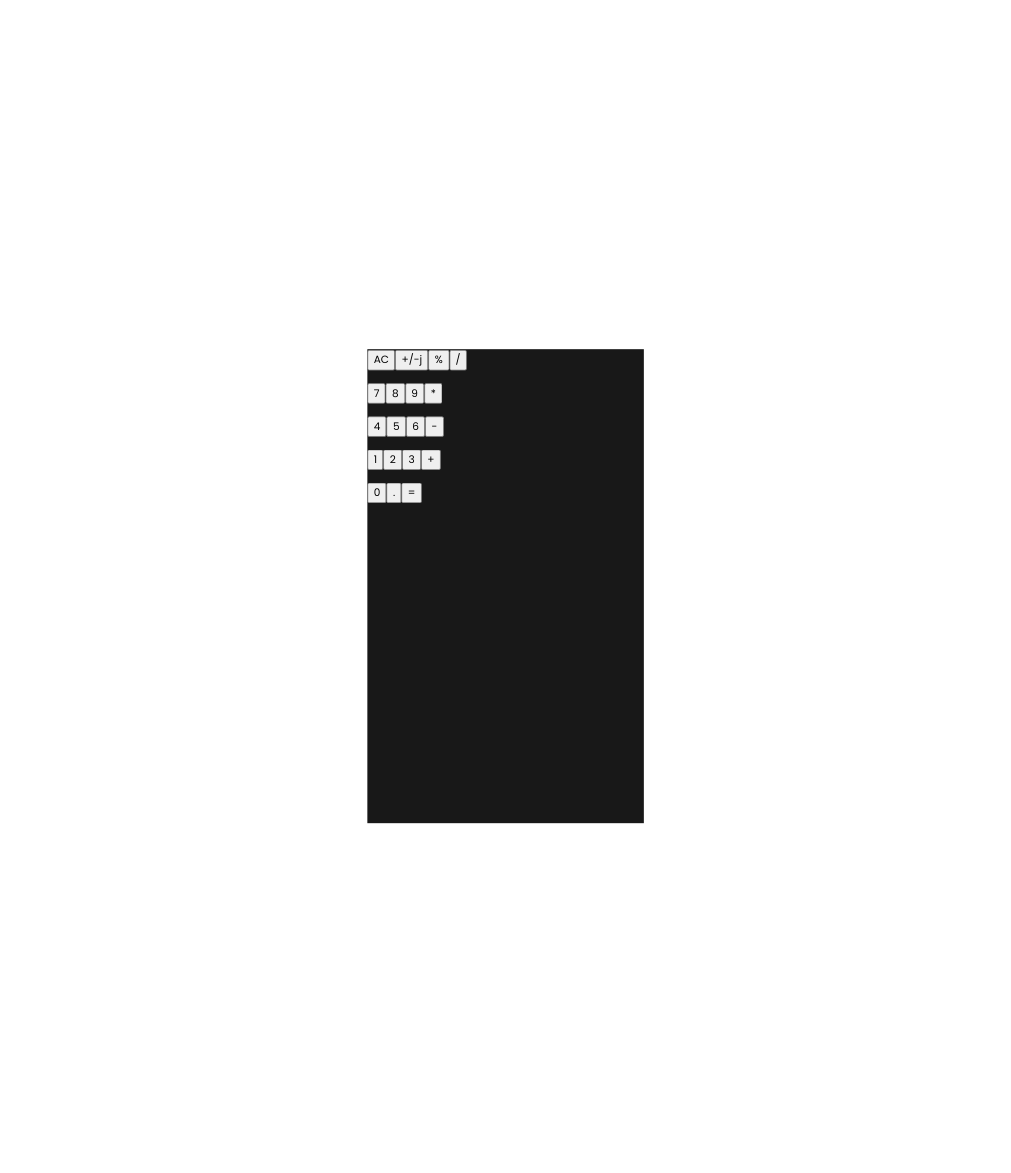
Repository: minhtien9/Calculator
Page: /
An editor plug-in stored every save of this project. The page is shown before and after a run of saves, followed by the edit.
The browser window is 1280 px wide. The pictures show the whole page, at 79% of full size.
The project was rebuilt for these pictures with package versions that can differ from the ones it lists, and the page was loaded fresh each time. Also part of the build but not shown: src/App.css.

Above is the page before, as saved 2022-07-21 18:28:54.

### src/index.js
import React from "react";
import ReactDOM from "react-dom/client";
import App from "./App";

const root = ReactDOM.createRoot(document.getElementById("root"));
root.render(
    <React.StrictMode>
        <App />
    </React.StrictMode>
);

// If you want to start measuring performance in your app, pass a function
// to log results (for example: reportWebVitals(console.log))
// or send to an analytics endpoint. Learn more: https://bit.ly/CRA-vitals

### src/App.js
import "./App.css";
import Caculator from "./Components/Caculator";

function App() {
    return (
        <div className='App'>
            <Caculator />
        </div>
    );
}

export default App;

### src/Components/Caculator.jsx
import React from "react";
import "./Caculator.scss";

const Caculator = () => {
    return (
        <div className='caculator'>
            <section className='keyboard'>
                <div className='keyboard-row'>
                    <button className='one-block'>AC</button>
                    <button className='one-block'> +/-j </button>
                    <button className='one-block'> % </button>
                    <button className='one-block'>/</button>
                </div>

                <div className='keyboard-row'>
                    <button className='one-block'>7</button>
                    <button className='one-block'>8</button>
                    <button className='one-block'>9</button>
                    <button className='one-block'>*</button>
                </div>

                <div className='keyboard-row'>
                    <button className='one-block'>4</button>
                    <button className='one-block'>5</button>
                    <button className='one-block'>6</button>
                    <button className='one-block'>-</button>
                </div>

                <div className='keyboard-row'>
                    <button className='one-block'>1</button>
                    <button className='one-block'>2</button>
                    <button className='one-block'>3</button>
                    <button className='one-block'>+</button>
                </div>

                <div className='keyboard-row'>
                    <button className='one-block'>0</button>
                    <button className='one-block'> .</button>
                    <button className='one-block'> =</button>
                </div>
            </section>
        </div>
    );
};

export default Caculator;

### src/Components/Caculator.scss
@import url("https://fonts.googleapis.com/css2?family=Poppins:ital,wght@0,100;0,200;0,300;0,400;0,500;0,600;0,700;0,800;0,900;1,100;1,200;1,300;1,400;1,500;1,600;1,700;1,800;1,900&display=swap");

* {
    font-family: "Poppins";
}

.caculator {
    width: 350px;
    height: 600px;
    margin: 35% auto;
    background-color: rgb(24, 24, 24);
}

.keyboard {
    display: flex;
    flex-direction: column;
    gap: 15px;
}

Loaded but not shown: public/index.html (common file)

After the next 2 saves:
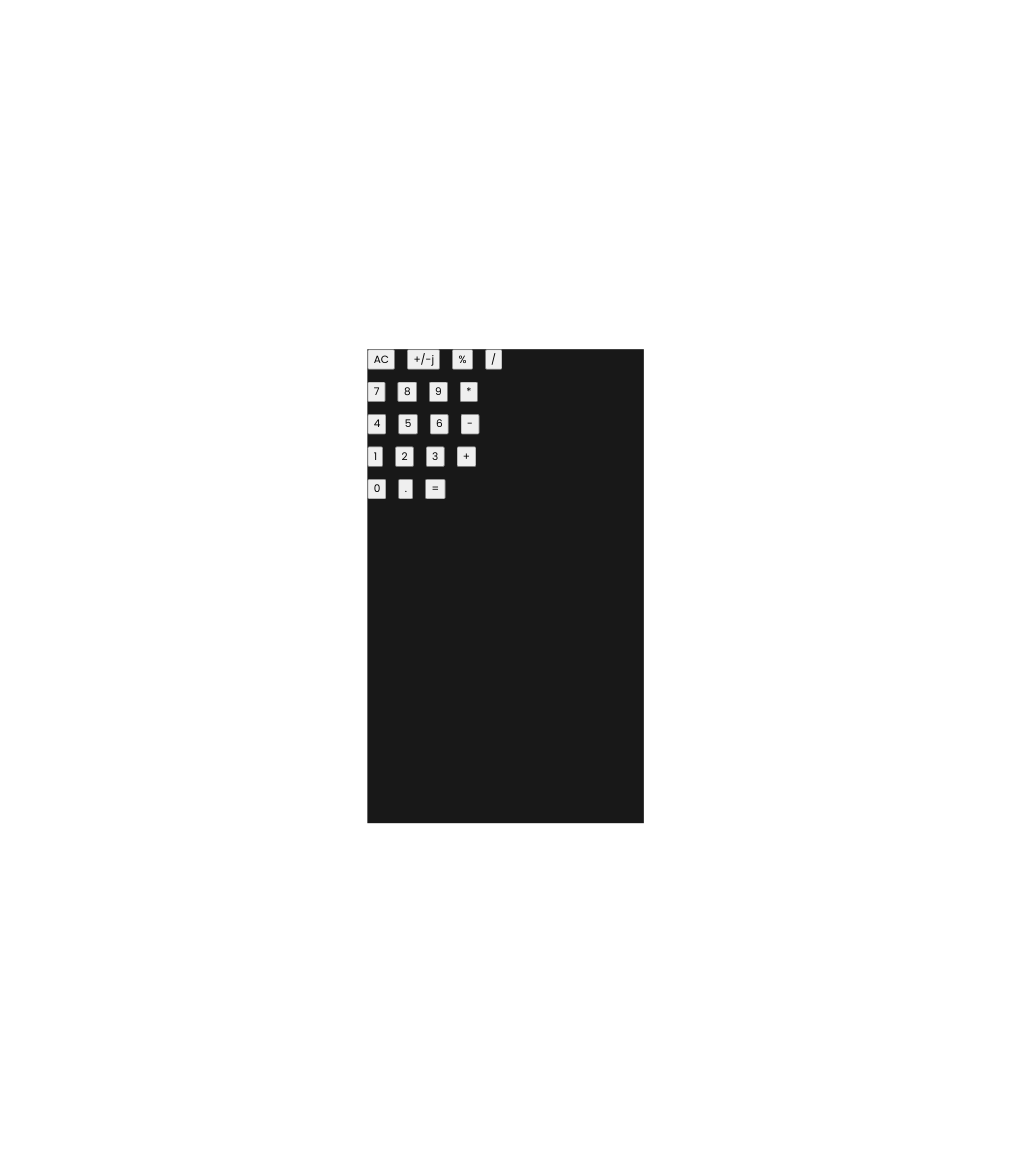
The 2 saves are shown as one change because they came seconds apart.
The last was saved 26 s later.
--- a/src/Components/Caculator.scss
+++ b/src/Components/Caculator.scss
@@ -16,3 +16,8 @@
     flex-direction: column;
     gap: 15px;
 }
+
+.keyboard-row {
+    display: flex;
+    gap: 15px;
+}
